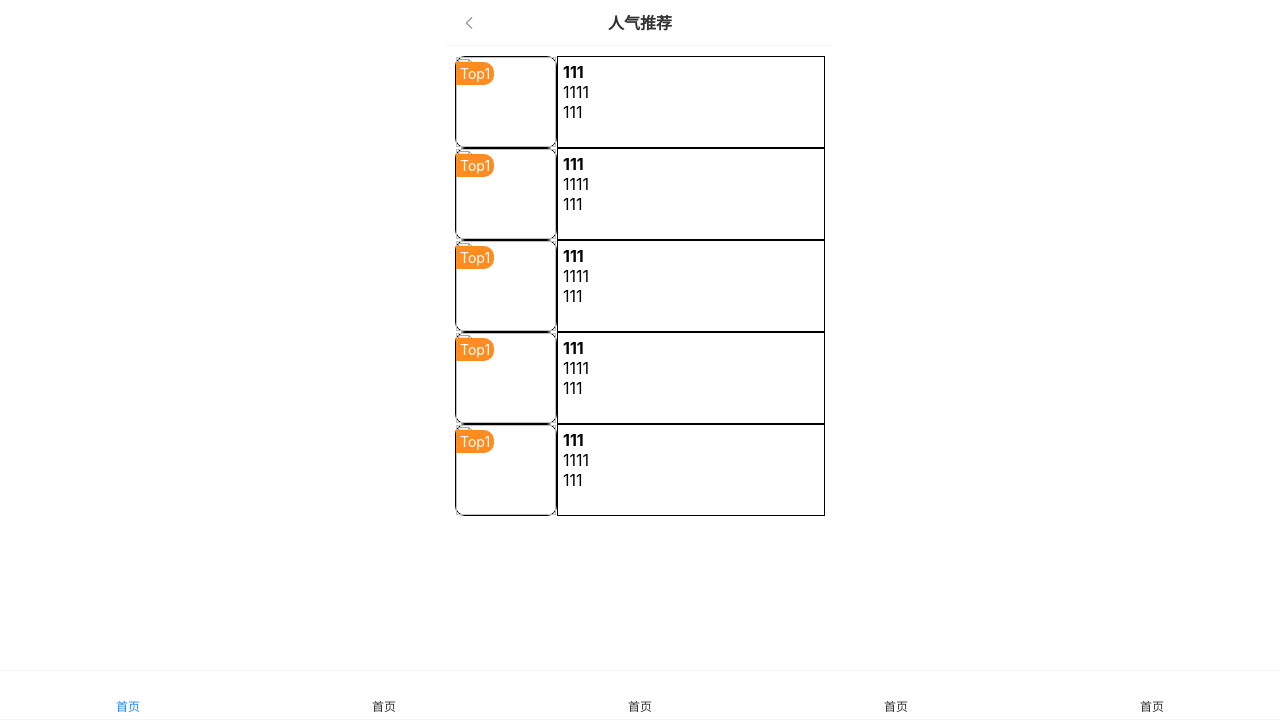
Repository: LXRL/eshop
Page: /#/homePopularity
An editor plug-in stored every save of this project. The page is shown before and after the next save, followed by the edit.
The browser window is 1280 px wide. The pictures show the whole page.
The project was rebuilt for these pictures with package versions that can differ from the ones it lists, and the page was loaded fresh each time. Also part of the build but not shown: vue.config.js, src/components/homeGridDetails.vue.

Above is the page before, as saved 2024-12-11 22:43:26.

After the next save:
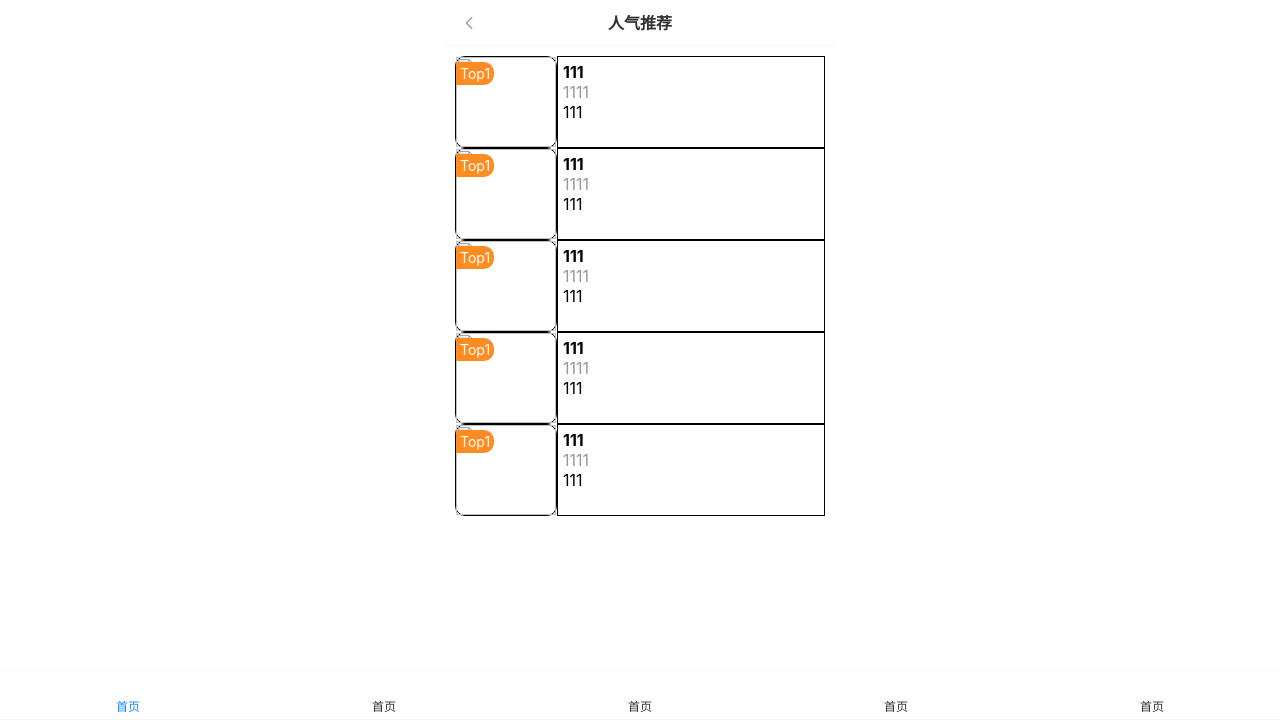
Saved 19 s later.
--- a/src/views/home/homePopularity.vue
+++ b/src/views/home/homePopularity.vue
@@ -61,7 +61,7 @@
             padding: 5px;
             box-sizing: border-box;
             .message{
-                color: ;
+                color: #969799;
             }
         }
     }
